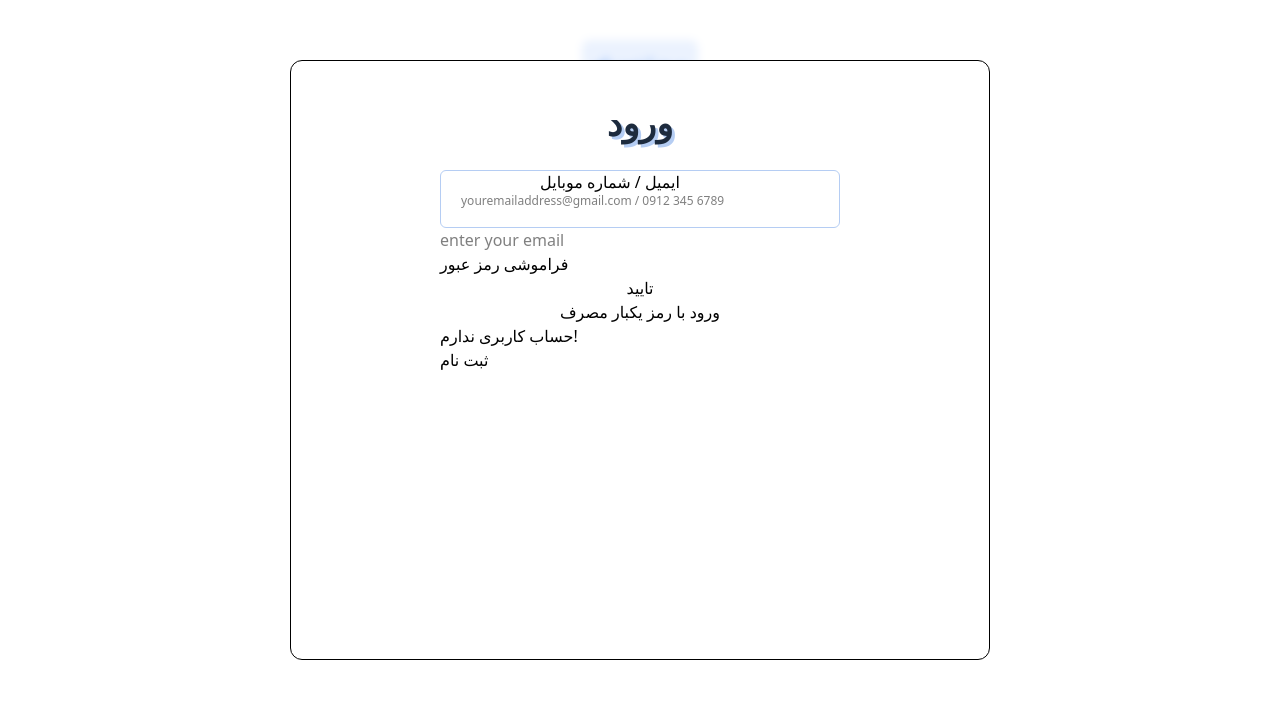
Repository: mohsenSarvariHero/AngularBase
Page: / (app in popup/), after clicking the first element matching `button.rounded-\[8px\]`
An editor plug-in stored every save of this project. The page is shown before and after the next save, followed by the edit.
The browser window is 1280 px wide. The pictures show the whole page.
The project was rebuilt for these pictures with package versions that can differ from the ones it lists, and the page was loaded fresh each time.

Above is the page before, as saved 2025-03-23 13:17:50.

After the next save:
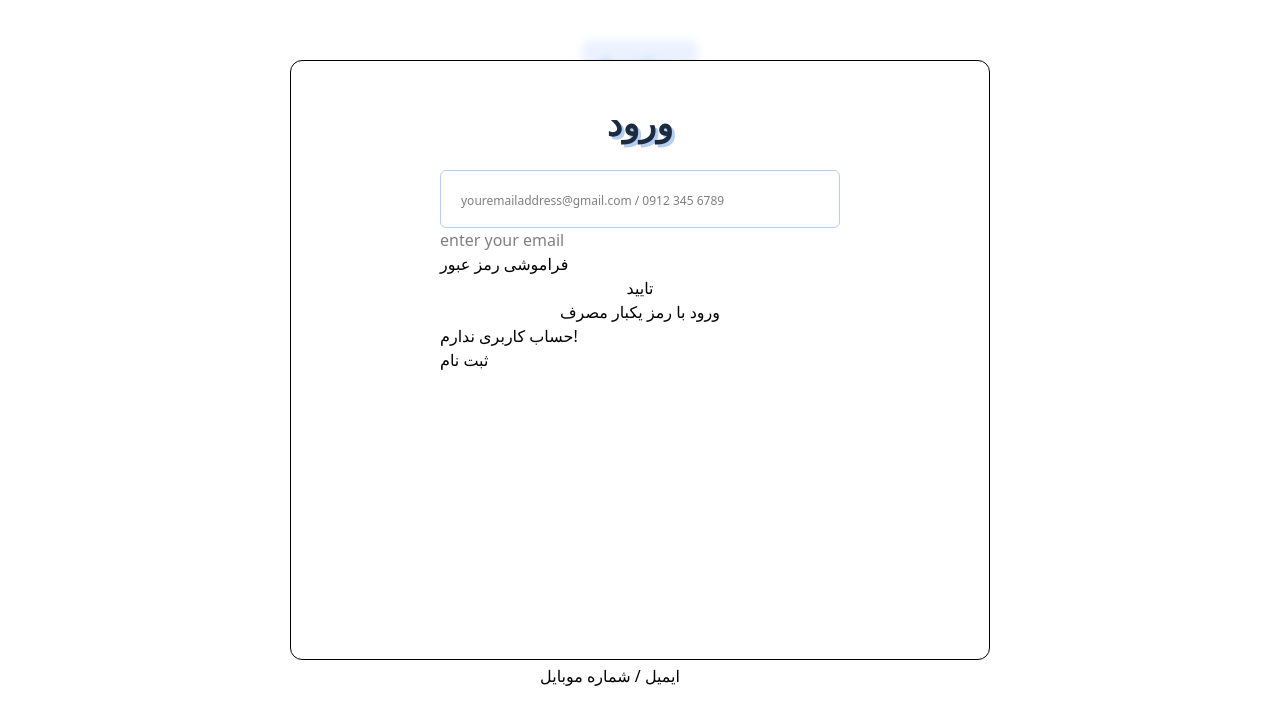
Saved 4 s later.
--- a/popup/src/popUp/PopUp.jsx
+++ b/popup/src/popUp/PopUp.jsx
@@ -59,7 +59,7 @@
           <h1 className='text-[#1d2b3e] text-[35px] font-bold mt-9 ' style={{ textShadow: '3px 3px 0px #B5CDF3' }}>ورود</h1>
           <form className='flex flex-col'>
             <div className='flex flex-col'>
-            <label className='absolute right-150 bott'>ایمیل / شماره موبایل</label>
+            <label className='absolute right-150 bottom-3'>ایمیل / شماره موبایل</label>
               <input type="email" placeholder="youremailaddress@gmail.com / 0912 345 6789" className='border-1 border-[#B5CDF3] rounded-md px-5 py-4 w-[400px] placeholder:text-[12px]'    required />
             </div>
             <input type="password" placeholder="enter your email" required />

After the save that followed:
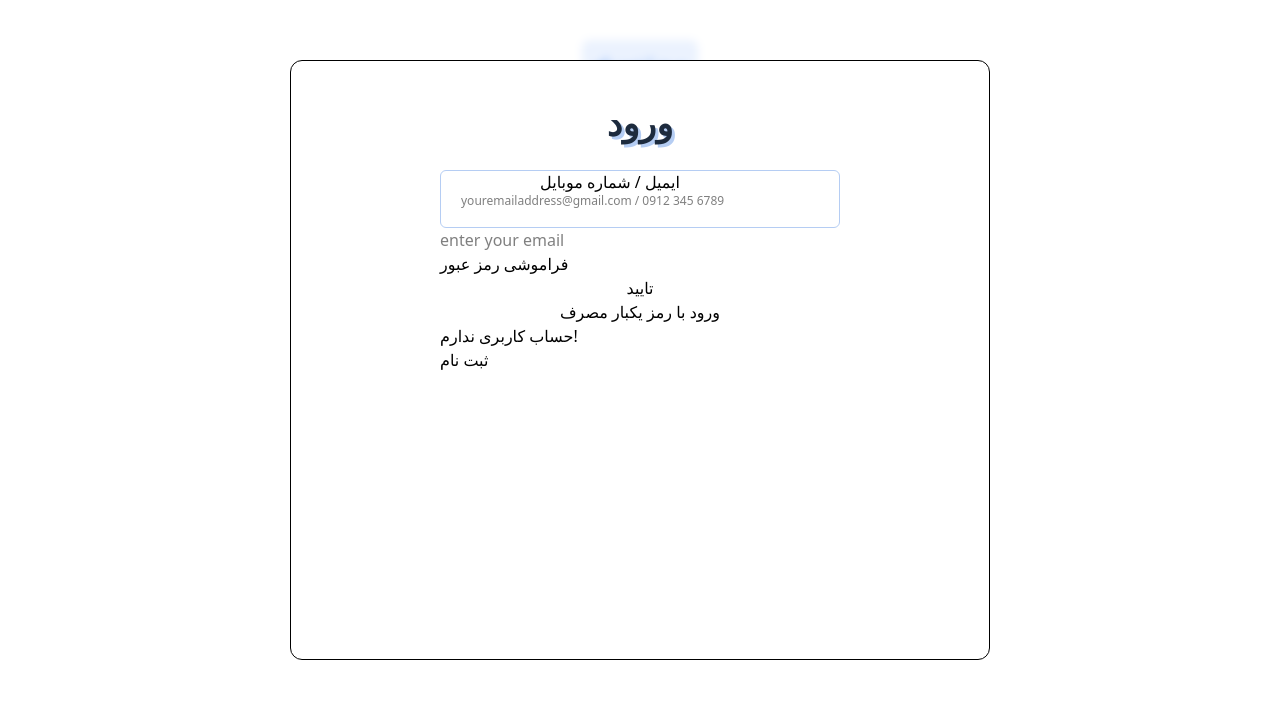
Saved 7 s later.
--- a/popup/src/popUp/PopUp.jsx
+++ b/popup/src/popUp/PopUp.jsx
@@ -59,7 +59,7 @@
           <h1 className='text-[#1d2b3e] text-[35px] font-bold mt-9 ' style={{ textShadow: '3px 3px 0px #B5CDF3' }}>ورود</h1>
           <form className='flex flex-col'>
             <div className='flex flex-col'>
-            <label className='absolute right-150 bottom-3'>ایمیل / شماره موبایل</label>
+            <label className='absolute right-150 top-'>ایمیل / شماره موبایل</label>
               <input type="email" placeholder="youremailaddress@gmail.com / 0912 345 6789" className='border-1 border-[#B5CDF3] rounded-md px-5 py-4 w-[400px] placeholder:text-[12px]'    required />
             </div>
             <input type="password" placeholder="enter your email" required />
